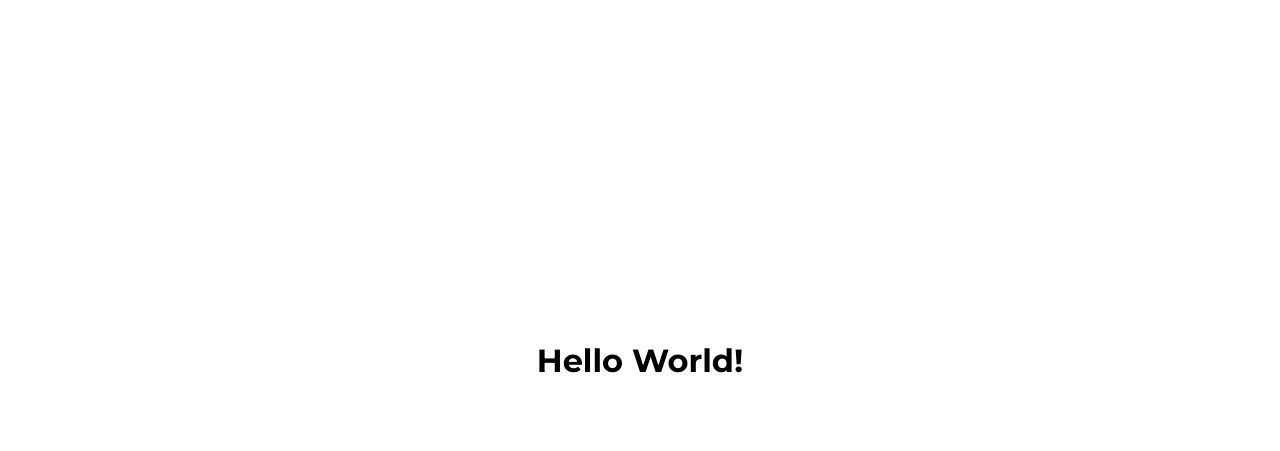
Repository: kate30980/js-practice
Page: dark-mode-toggles/index.html
An editor plug-in stored every save of this project. The page is shown before and after the next save, followed by the edit.
The browser window is 1280 px wide. The pictures show the whole page.

Above is the page before, as saved 2021-08-29 00:10:24.

After the next save:
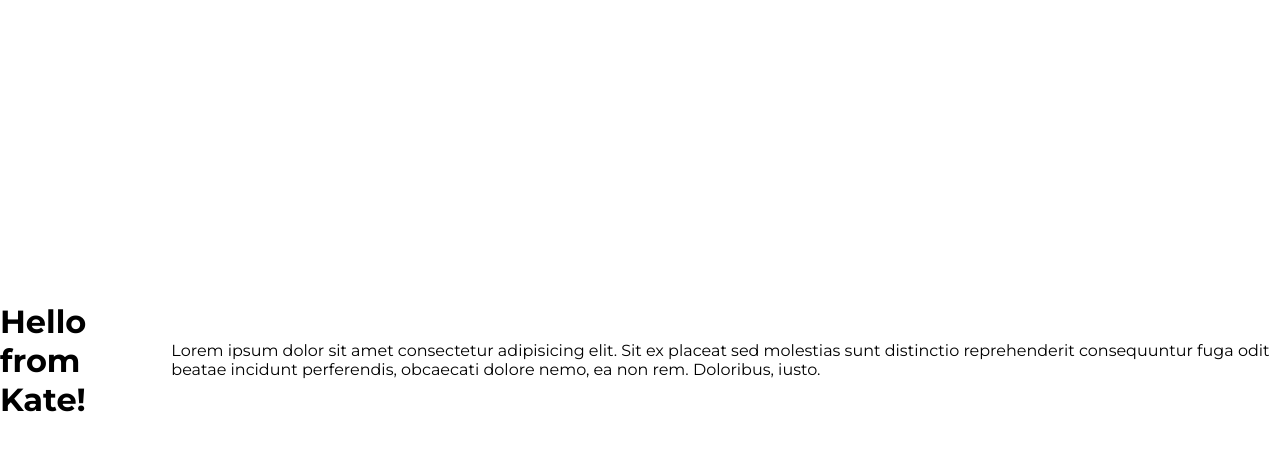
Saved 40 s later.
--- a/dark-mode-toggles/index.html
+++ b/dark-mode-toggles/index.html
@@ -11,7 +11,10 @@
 </head>
 
 <body>
-    <h1>Hello World!</h1>
+    <h1>Hello from Kate!</h1>
+    <p>Lorem ipsum dolor sit amet consectetur adipisicing elit. Sit ex placeat sed molestias sunt distinctio
+        reprehenderit consequuntur fuga odit beatae incidunt perferendis, obcaecati dolore nemo, ea non rem. Doloribus,
+        iusto.</p>
 </body>
 
 </html>
